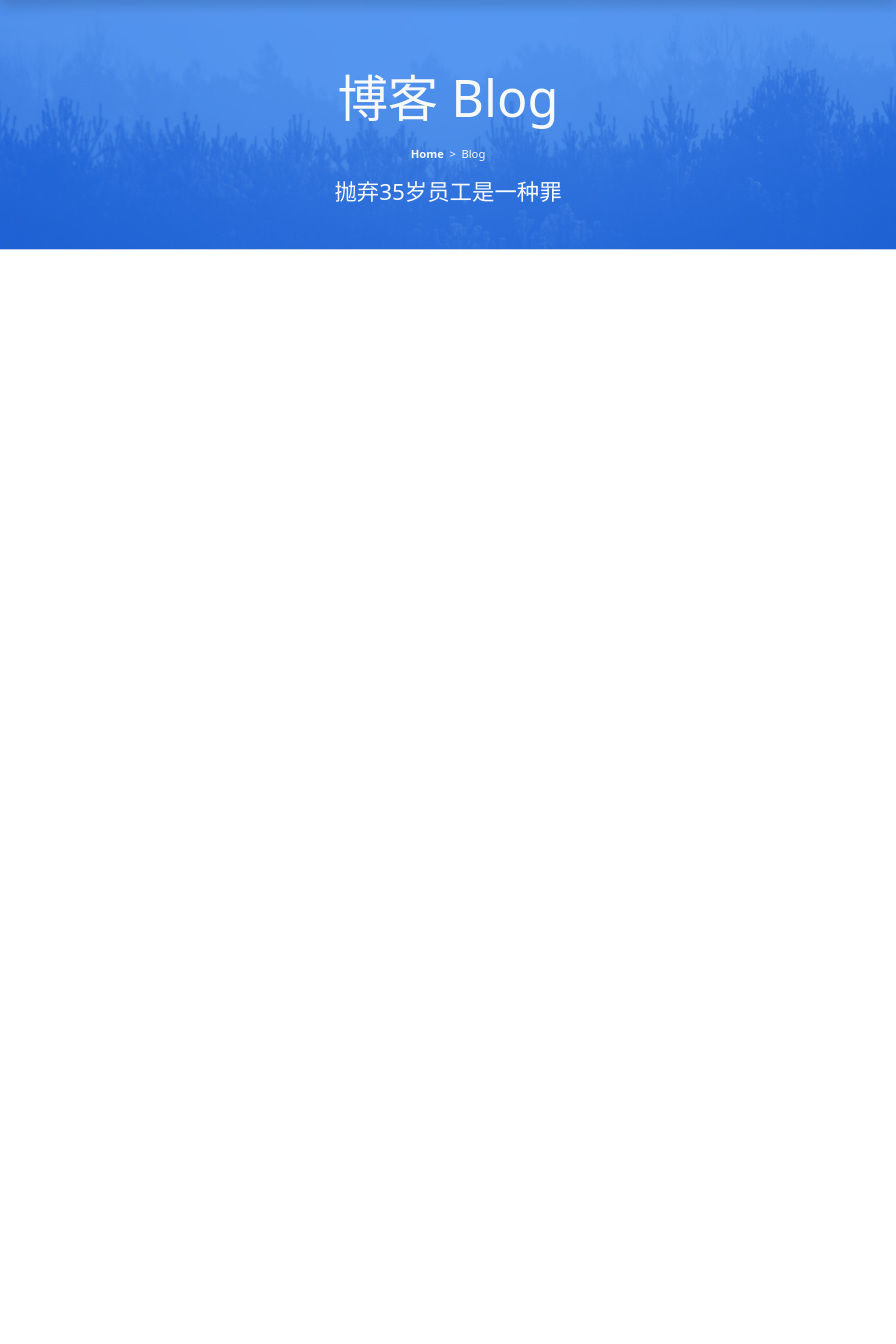
Repository: herjuandlonely/github.io
Page: index-blog.html
The author's editor kept a copy of each file at every save. The page is drawn from the files as they stood at one save, then again after the next save.
The browser window is 1280 px wide. The pictures show the part of the page from y = 0 to 1920 px (the page is 3000 px tall), at 70% of full size.
Backgrounds fixed to the window are drawn as part of the page.

Above is the page before, as saved 2022-06-29 21:02:57.

### index-blog.html
<!DOCTYPE html>
<html lang="en">
<head>
    <meta charset="UTF-8">
    <meta http-equiv="X-UA-Compatible" content="IE=edge">
    <meta name="viewport" content="width=device-width, initial-scale=1.0">
    <link rel="stylesheet" href="./bootstrap-4.6.1-dist/css/bootstrap.min.css">
    <link rel="stylesheet" href="./CSS/index-blog.css">
    <link rel="stylesheet" href="./CSS/normalize.css">
    <link rel="stylesheet" href="./icon/font_3484823_t6q6q64gri/iconfont.css">
    <script src="./bootstrap-4.6.1-dist/js/bootstrap.bundle.min.js"></script>
    <title>何亚Herju- Blog -抛弃35岁员工是一种罪</title>
</head>
<body style="height: 3000px;">
    <!-- nav start -->
    <div class="container-fluid px-0 shadow navbarControl">
        <nav class="navbar navbar-expand-md navbar-dark navbarBg">
            <div class="container-fluid px-4">
                <a href="index.html" class="navbar-brand ms-4">Herju's Home</a>
                <button class="navbar-toggler" data-bs-toggle="collapse" data-bs-target="#foldBtn">
                    <span class="navbar-toggler-icon"></span>
                </button>
                <div class="collapse navbar-collapse" id="foldBtn">
                    <ul class="navbar-nav ms-auto me-4 navbarCli">
                        <li class="nav-item text-center">
                            <a class="nav-link fw-lighter" href="index.html#bk">博客 Blog</a>
                        </li>
                        <li class="nav-item text-center">
                            <a class="nav-link fw-lighter" href="index.html#jn">技能 Skill</a>
                        </li>
                        <li class="nav-item text-center">
                            <a class="nav-link fw-lighter" href="index.html#ab">关于 About</a>
                        </li>
                        <li class="nav-item text-center">
                            <a class="nav-link fw-lighter" href="index.html#lx">联系我 Call</a>
                        </li>
                    </ul>
                </div>
            </div>
        </nav>
    </div>
    <!-- nav end -->

    <!-- baneer start -->
    <div class="banner position-relative">
        <div class=" position-absolute w-100 h-100 bg-primary" style="opacity: .7;"></div>
        <div class=" position-absolute w-100 h-100 py-5" style="z-index: 3;">
            <h1 class=" text-light text-center display-2 mb-0">博客 Blog</h1>
            <nav class=" text-light mbShit mt-4" >
                <ol class="breadcrumb d-flex justify-content-center">
                    <li class="breadcrumb-item">
                        <a href="index.html" class="text-light text-decoration-none fw-bold">Home</a>
                    </li>
                    <li class="breadcrumb-item">Blog</li>
                </ol>
            </nav>
            <h1 class="text-center text-light mt-5 mt-md-4">抛弃35岁员工是一种罪</h1>
        </div>
    </div>
    <!-- baneer start -->

    <script src="./JS/index-blog.js"></script>
</body>
</html>

### CSS/index-blog.css
.navbarControl{
    transition: .3s;
    position: fixed;
    top: 0;
    left: 0;
    z-index: 999;
}
.navbarControl.showAndHide{
    top: -56px;
}
.navbarControl a{
    cursor: pointer;
}
.navbarBg{
    background-color: #161d27;
}
.banner{
    background: url(../image/overlay-bg.jpg) no-repeat center -180px;
    height: 356px;
    background-attachment: fixed;
    background-size: cover;
}
.mbShit{
    --bs-breadcrumb-divider: '>';
}
.mbShit ol .breadcrumb-item::before{
    color: #f8f9fa !important;
}

### icon/font_3484823_t6q6q64gri/iconfont.css
@font-face {
  font-family: "iconfont"; /* Project id 3484823 */
  src: url('iconfont.woff2?t=1656149880118') format('woff2'),
       url('iconfont.woff?t=1656149880118') format('woff'),
       url('iconfont.ttf?t=1656149880118') format('truetype');
}

.iconfont {
  font-family: "iconfont" !important;
  font-size: 16px;
  font-style: normal;
  -webkit-font-smoothing: antialiased;
  -moz-osx-font-smoothing: grayscale;
}

.icon-QQ:before {
  content: "\e882";
}

.icon-weixin:before {
  content: "\e8bb";
}

### JS/index-blog.js
(function(){
    const myBlog = {
        $: (ele) => {
            return document.querySelectorAll(ele);
        },
        "isHide": function () {
            let oldScrollTop = 0;
            let isHide = this.$('.navbarControl')[0];
            const navbarCli = this.$('.navbarCli')[0].children;

            function scrollHide () {
                let scrollTop = window.pageYOffset || this.document.documentElement.scrollTop || this.document.body.scrollTop;
                let scrollSet = scrollTop - oldScrollTop;
                oldScrollTop = scrollTop;
                if (scrollSet < 0) {
                    isHide.classList.remove('showAndHide');
                } else {
                    isHide.classList.add('showAndHide');
                    foldBtn.classList.remove('show');
                }
            }

            window.addEventListener("scroll", scrollHide);

            for (let i = 0; i < navbarCli.length; i++) {
                navbarCli[i].onclick = function () {
                    window.removeEventListener("scroll", scrollHide);
                    isHide.classList.add('showAndHide');
                    foldBtn.classList.remove('show');
                    setTimeout(() => {
                        window.addEventListener("scroll", scrollHide);
                    }, 800)
                };
            };
        }
    }

    myBlog.isHide();
})()

Loaded but not shown: bootstrap-4.6.1-dist/css/bootstrap.min.css (library); CSS/normalize.css (library); bootstrap-4.6.1-dist/js/bootstrap.bundle.min.js (library)

After the next save:
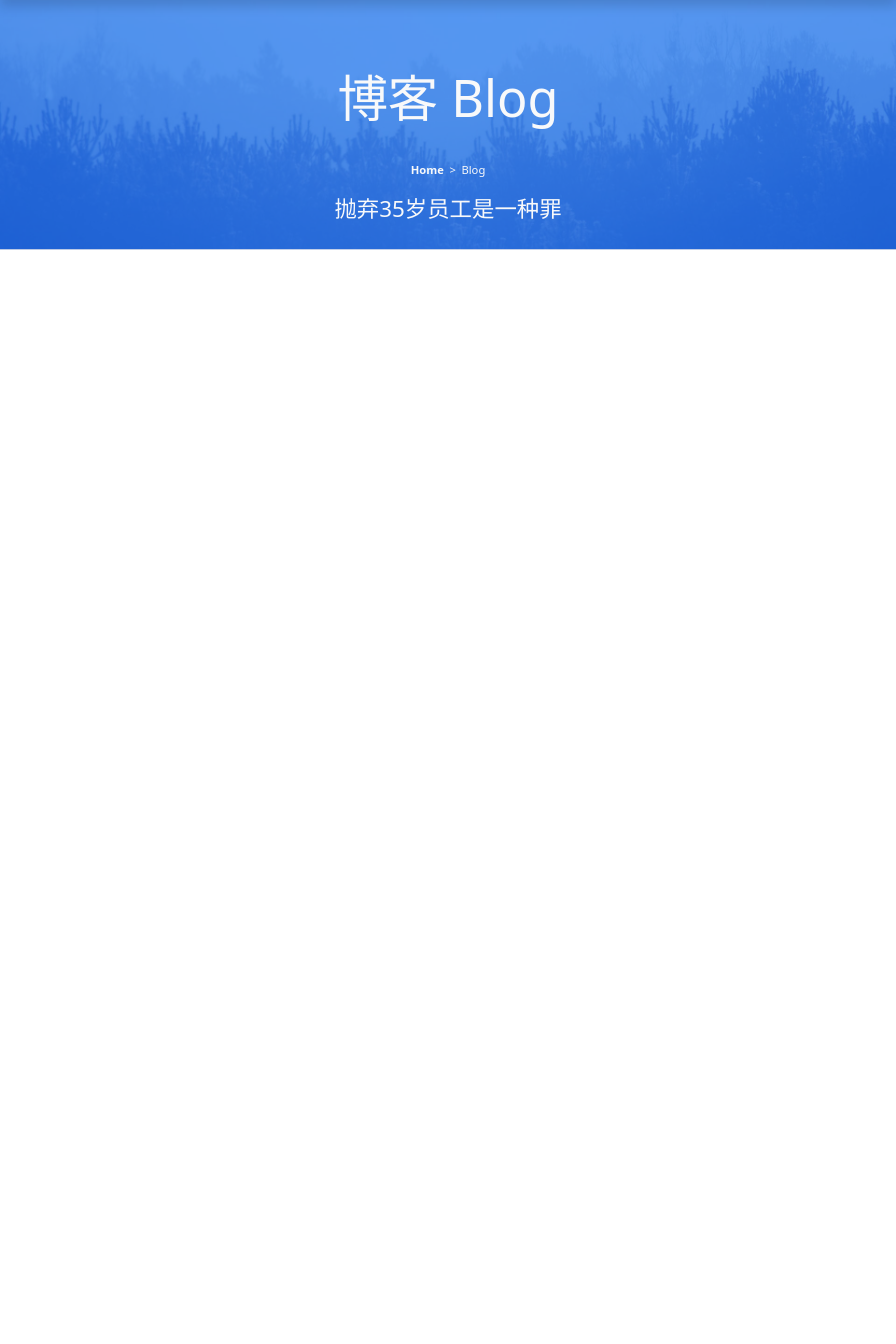
Saved 17 s later.
--- a/index-blog.html
+++ b/index-blog.html
@@ -46,7 +46,7 @@
         <div class=" position-absolute w-100 h-100 bg-primary" style="opacity: .7;"></div>
         <div class=" position-absolute w-100 h-100 py-5" style="z-index: 3;">
             <h1 class=" text-light text-center display-2 mb-0">博客 Blog</h1>
-            <nav class=" text-light mbShit mt-4" >
+            <nav class=" text-light mbShit mt-5" >
                 <ol class="breadcrumb d-flex justify-content-center">
                     <li class="breadcrumb-item">
                         <a href="index.html" class="text-light text-decoration-none fw-bold">Home</a>

After the save that followed:
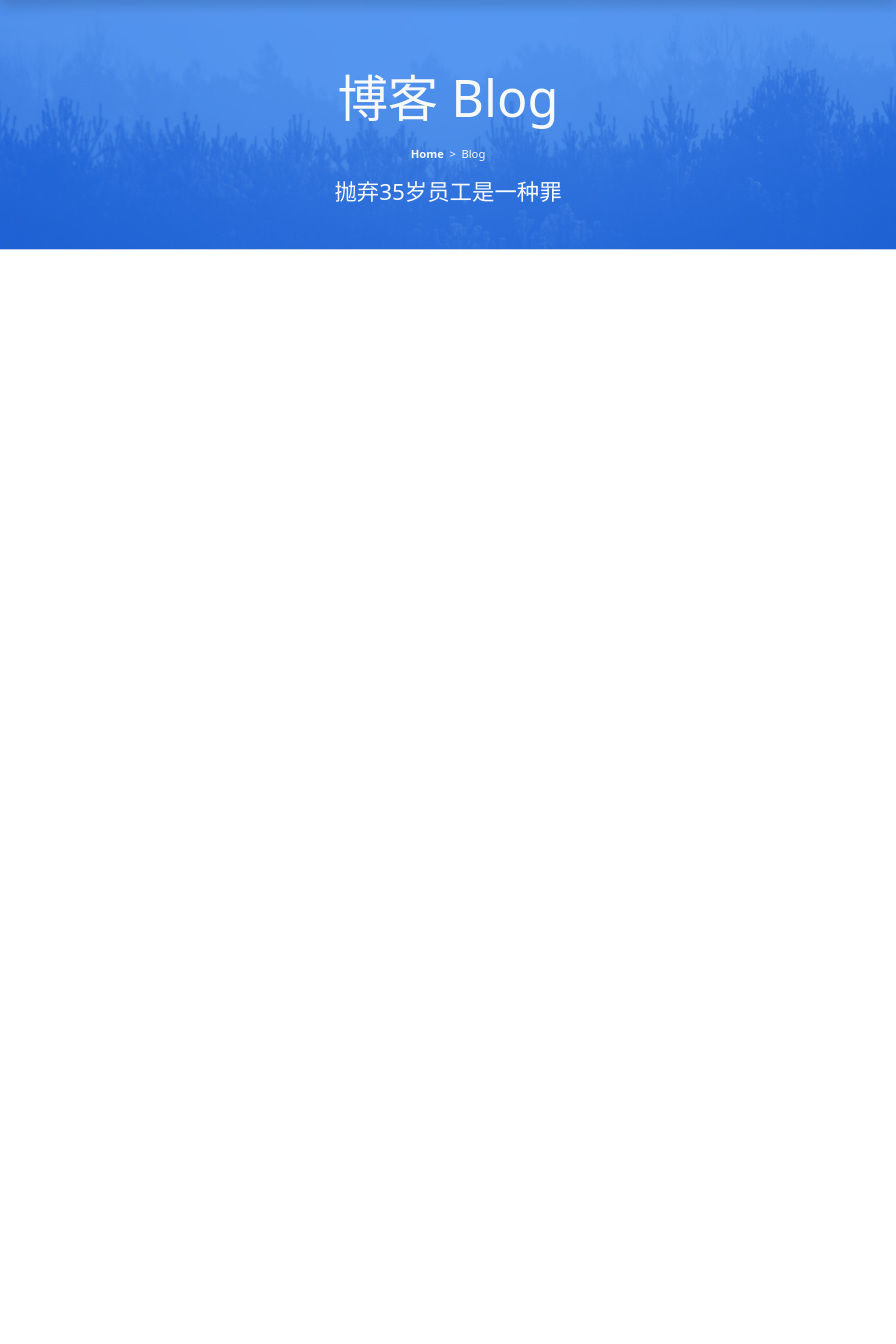
Saved 5 s later.
--- a/index-blog.html
+++ b/index-blog.html
@@ -46,7 +46,7 @@
         <div class=" position-absolute w-100 h-100 bg-primary" style="opacity: .7;"></div>
         <div class=" position-absolute w-100 h-100 py-5" style="z-index: 3;">
             <h1 class=" text-light text-center display-2 mb-0">博客 Blog</h1>
-            <nav class=" text-light mbShit mt-5" >
+            <nav class=" text-light mbShit mt-5 mt-md-4" >
                 <ol class="breadcrumb d-flex justify-content-center">
                     <li class="breadcrumb-item">
                         <a href="index.html" class="text-light text-decoration-none fw-bold">Home</a>
